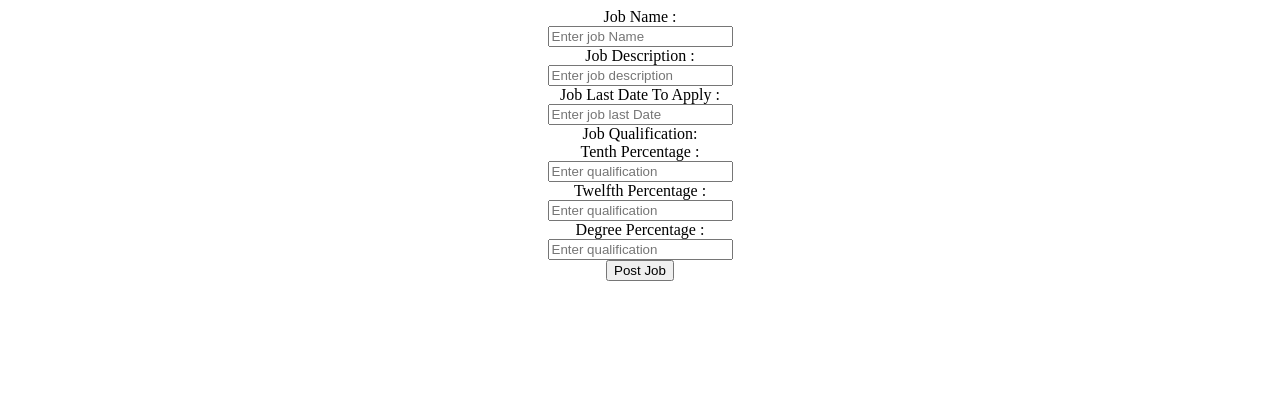
Repository: JamesArul/CLBSiteSTMT
Page: StudentsMeetFrontEnd/WebContent/Job/JobPost.html
The author's editor kept a copy of each file at every save. The page is drawn from the files as they stood at one save, then again after the next save.
The browser window is 1280 px wide. The pictures show the whole page.

Above is the page before, as saved 2017-06-06 00:46:14.

### StudentsMeetFrontEnd/WebContent/Job/JobPost.html
<div ng-include="'Job/JobHome.html'"></div>
<div ng-controller="JobController as jtrl">
<center>
<form ng-submit="jtrl.createBlog()" class="form-horizontal">
<div class="form-group">
    <label class="control-label col-sm-2" for="jobName">Job Name :</label>
    <div class="col-sm-10">
      <input type="text" class="form-control" id="jobName" placeholder="Enter job Name"  ng-model="jtrl.job.jobName">
    </div>
  </div>
  <div class="form-group">
    <label class="control-label col-sm-2" for="jobDesc">Job Description :</label>
    <div class="col-sm-10">
      <input type="text" class="form-control" id="jobDesc" placeholder="Enter job description"  ng-model="jtrl.job.jobDescription">
    </div>
  </div>
    <div class="form-group">
    <label class="control-label col-sm-2" for="jobLastDAte">Job Last Date To Apply :</label>
    <div class="col-sm-10">
      <input type="text" class="form-control" id="jobLastDAte" placeholder="Enter job last Date"  ng-model="jtrl.job.lastDateToApply">
    </div>
  </div>
  Job Qualification:
   <div class="form-group">
    <label class="control-label col-sm-2" for="jobTenth">Tenth Percentage :</label>
    <div class="col-sm-10">
      <input type="text" class="form-control" id="jobTenth" placeholder="Enter qualification"  ng-model="jtrl.job.requiredQualification.tenthPercentage">
    </div>
  </div>
  <div class="form-group">
    <label class="control-label col-sm-2" for="jobTwelfth">Twelfth Percentage :</label>
    <div class="col-sm-10">
      <input type="text" class="form-control" id="jobTwelfth" placeholder="Enter qualification"  ng-model="jtrl.job.requiredQualification.twelfthPercentage">
    </div>
  </div>
  <div class="form-group">
    <label class="control-label col-sm-2" for="jobDegree">Degree Percentage :</label>
    <div class="col-sm-10">
      <input type="text" class="form-control" id="jobDegree" placeholder="Enter qualification"  ng-model="jtrl.job.requiredQualification.bachelorCGPAPercentage">
    </div>
  </div>
  <div class="form-group">
    <div class="col-sm-offset-2 col-sm-10">
	<input type="submit" value="Post Job">
	</div>
	</div>
</form>
</center>
</div>

After the next save:
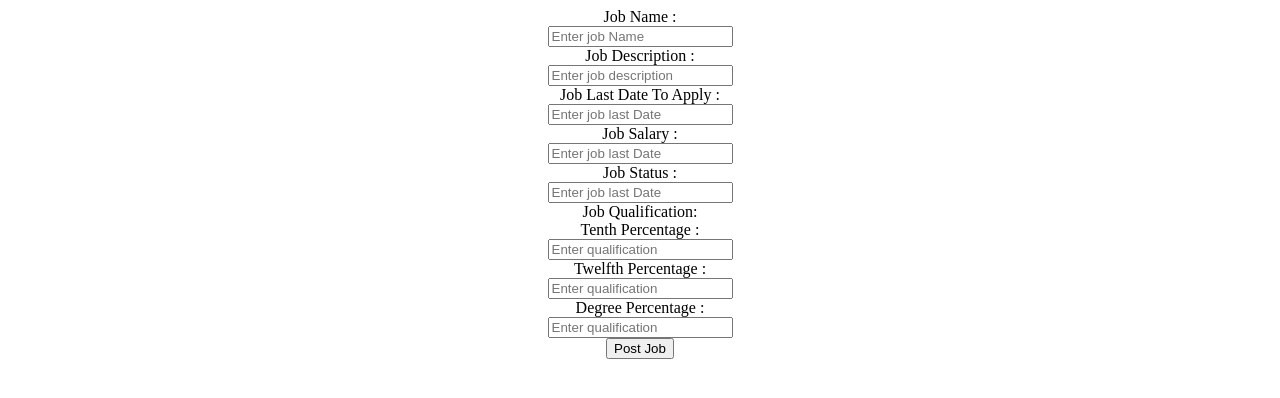
Saved 42 s later.
--- a/StudentsMeetFrontEnd/WebContent/Job/JobPost.html
+++ b/StudentsMeetFrontEnd/WebContent/Job/JobPost.html
@@ -14,8 +14,20 @@
       <input type="text" class="form-control" id="jobDesc" placeholder="Enter job description"  ng-model="jtrl.job.jobDescription">
     </div>
   </div>
-    <div class="form-group">
+   <div class="form-group">
     <label class="control-label col-sm-2" for="jobLastDAte">Job Last Date To Apply :</label>
+    <div class="col-sm-10">
+      <input type="text" class="form-control" id="jobLastDAte" placeholder="Enter job last Date"  ng-model="jtrl.job.lastDateToApply">
+    </div>
+  </div>
+  <div class="form-group">
+    <label class="control-label col-sm-2" for="jobLastDAte">Job Salary :</label>
+    <div class="col-sm-10">
+      <input type="text" class="form-control" id="jobLastDAte" placeholder="Enter job last Date"  ng-model="jtrl.job.lastDateToApply">
+    </div>
+  </div>
+  <div class="form-group">
+    <label class="control-label col-sm-2" for="jobLastDAte">Job Status :</label>
     <div class="col-sm-10">
       <input type="text" class="form-control" id="jobLastDAte" placeholder="Enter job last Date"  ng-model="jtrl.job.lastDateToApply">
     </div>
